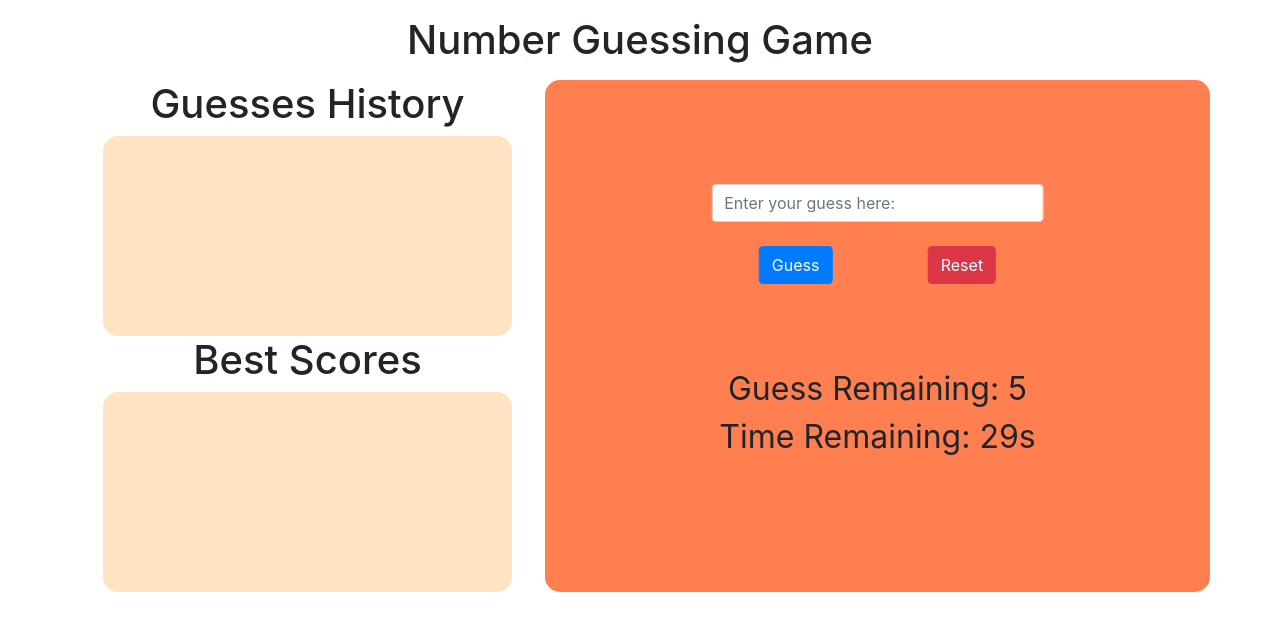
Repository: tts2610/NumberGuessingGame
Page: index.html
An editor plug-in stored every save of this project. The page is shown before and after a run of saves, followed by the edit.
The browser window is 1280 px wide. The pictures show the whole page.
After loading, the first visible `#startGameBtn` was clicked once.

Above is the page before, as saved 2020-05-13 17:02:43.

### index.html
<!DOCTYPE html>
<html lang="en">

<head>
    <meta charset="UTF-8">
    <meta name="viewport" content="width=device-width, initial-scale=1.0">
    <title>Document</title>
    <link rel="stylesheet" href="https://maxcdn.bootstrapcdn.com/bootstrap/4.4.1/css/bootstrap.min.css">

    <!-- jQuery library -->
    <script src="https://ajax.googleapis.com/ajax/libs/jquery/3.4.1/jquery.min.js"></script>

    <!-- Popper JS -->
    <script src="https://cdnjs.cloudflare.com/ajax/libs/popper.js/1.16.0/umd/popper.min.js"></script>

    <!-- Latest compiled JavaScript -->
    <script src="https://maxcdn.bootstrapcdn.com/bootstrap/4.4.1/js/bootstrap.min.js"></script>
    <link rel="stylesheet" href="css/style.css">

</head>

<body>

    <section class="container pb-5 pt-3 numberGuessingBox">
        <div id="customAlert"></div>
        <h1 style="text-align: center;" class="mb-3">Number Guessing Game</h1>
        <div class="row">
            <div class="col-5 left_handSide px-5">
                <h1 style="text-align: center;">Guesses History</h1>
                <div class="row box-1 py-4 px-4" id="guessHistory">

                </div>
                <h1 style="text-align: center;">Best Scores</h1>
                <div class="row box-2 py-4 px-4" id="ranking">

                </div>
            </div>
            <div class="col-7 right_handSide px-5">
                <button onclick="startGame()" class="btn btn-info" id="startGameBtn">Start Game!</button>

                <div id="inputDiv">
                    <div class="form customForm py-5">
                        <input type="number" class="form-control" id="guessInput" placeholder="Enter your guess here:" required>
                        <div class="submitBtn">
                            <button type="button" class="btn btn-primary mt-4" onclick="guessSubmit()" id="guessBtn">Guess</button>
                            <button type="button" class="btn btn-danger mt-4" onclick="reset()" id=resetBtn>Reset</button>
                        </div>
                    </div>
                    <div class="result">
                        <div>Guess Remaining:
                            <span id="guessRemaining"></span>
                        </div>
                        <div>Time Remaining:
                            <span id="secondRemaining"></span>s</div>
                    </div>
                </div>


            </div>
        </div>
    </section>

    <script src="js/script.js"></script>
</body>

</html>

### css/style.css
.numberGuessingBox .row .left_handSide .box-1 {
    background-color: bisque;
    height: 200px;
    border-radius: 15px;
    display: flex;
    flex-direction: column;
}

.numberGuessingBox .row .left_handSide .box-2 {
    background-color: bisque;
    height: 200px;
    border-radius: 15px;
    display: flex;
    flex-direction: column;
}

.numberGuessingBox .row .right_handSide {
    background-color: coral;
    border-radius: 15px;
    width: auto;
}

.numberGuessingBox .row .right_handSide .customForm {
    width: 50%;
    position: absolute;
    top: 30%;
    left: 50%;
    transform: translate(-50%, -50%);
}

.numberGuessingBox .row .right_handSide .result {
    width: 50%;
    position: absolute;
    top: 65%;
    left: 50%;
    transform: translate(-50%, -50%);
    font-size: xx-large;
    text-align: center;
}

.numberGuessingBox .row .right_handSide .customForm .submitBtn {
    display: flex;
    justify-content: space-around;
}

#inputDiv {
    display: none;
}

#startGameBtn {
    width: 50%;
    position: absolute;
    top: 50%;
    left: 50%;
    transform: translate(-50%, -50%);
}

### js/script.js
let div = document.getElementById("inputDiv");
let startGameBtn = document.getElementById("startGameBtn");

let historyBox = [];
let bestScores = [];
let guess = 5;
let second = 30;
let randomNumber = Math.floor(Math.random() * 100) + 1;
let timer;

let input = document.getElementById("guessInput");

let guessHistory = document.getElementById("guessHistory");
let ranking = document.getElementById("ranking");

let secondRemaining = document.getElementById("secondRemaining");
let guessRemaining = document.getElementById("guessRemaining");
let finalResult = document.getElementById("finalResult");

let guessBtn = document.getElementById("guessBtn");
let resetBtn = document.getElementById("resetBtn");

let alertTag = document.getElementById("customAlert");

$(document).keypress(function(e) {
    if (e.which == 13) {
        $("#guessBtn").click();
    }
});

$(document).ready(function() {
    div.style.display = "none";
    input.disabled = true;
    guessBtn.disabled = true;
    resetBtn.disabled = true;
});

function startGame() {
    secondRemaining.innerHTML = second;
    timecounting();
    guessRemaining.textContent = guess;
    displayDiv();
    enableOrDisableBtn();
}


// resetToDefault();
// enableOrDisableBtn();
// displayDiv();

function displayDiv() {
    if (div.style.display === "block" && startGameBtn.style.display === "none") {
        div.style.display = "none";
        startGameBtn.style.display = "block";
    } else {
        div.style.display = "block";
        startGameBtn.style.display = "none";
    }

}

function resetToDefault() {
    guess = 5;
    second = 30;
    historyBox = [];
    guessHistory.innerHTML = "";
    randomNumber = Math.floor(Math.random() * 100) + 1;
}

function timecounting() {
    timer = setInterval(() => {
        if (second == 0) {
            clearInterval(timer);
            createAlert(4);
            resetToDefault();
            enableOrDisableBtn();
            displayDiv();
            return;
        }
        second -= 1
        secondRemaining.innerHTML = second;
    }, 1000)

}


let prompts = { 1: "Too Low!", 2: "Too High!", 3: "You already input that number!", 4: "Sorry, better luck next time!", 5: "Great Job!", 6: "Please input your number!" }


function getResult() {
    let result = 0;
    if (historyBox.includes(input.value)) {
        result = 3;
    } else {
        historyBox.push(input.value);
        if (input.value == 10) {
            bestScores.push({ guessRemain: guess, timeRemain: second });
            return 5;
        } else if (input.value < 10) {
            result = 1;
        } else if (input.value > 10) {
            result = 2;
        }
        guessRemaining.textContent = --guess;
        if (guess == 0) {
            result = 4;
        }
    }
    return result;
}

function guessSubmit() {
    if (input.value == '') {
        createAlert(6);
        return;
    }
    let result = getResult();
    if ([4, 5].includes(result)) {
        resetToDefault();
        enableOrDisableBtn();
        displayDiv();
    }
    createAlert(result);

    bestScores.sort((a, b) => (a.guessRemain > b.guessRemain) ? -1 : 1);
    guessHistory.innerHTML = "";
    historyBox.forEach(element => {
        var p = document.createElement("p");
        p.innerHTML = element;
        guessHistory.append(p);
    });

    if (result == 5) {
        ranking.innerHTML = "";
        bestScores.forEach((element, i) => {
            var p = document.createElement("p");
            p.innerHTML = ++i + " " + element.guessRemain + " guesses has been completed in " + element.timeRemain + " s";
            ranking.append(p);
        });
    }

    // clear after insert
    input.value = "";

}

function enableOrDisableBtn() {
    if (!input.disabled && !guessBtn.disabled && !resetBtn.disabled) {
        input.disabled = true;
        guessBtn.disabled = true;
        resetBtn.disabled = true;
    } else {
        input.disabled = false;
        guessBtn.disabled = false;
        resetBtn.disabled = false;
    }

}



function createAlert(alertType) {

    let alertColor = [1, 2, 3, 4, 6].includes(alertType) ? "alert-danger" : "alert-success";
    let text = prompts[alertType];

    // alert(alertColor);

    let alertDiv = document.createElement("div");
    alertDiv.className = "alert " + alertColor + " alert-dismissible fade show";
    var textnode = document.createTextNode(text);
    alertDiv.appendChild(textnode);

    let button = document.createElement("button");
    button.type = "button"
    button.className = "close";
    button.setAttribute("data-dismiss", "alert");


    let span = document.createElement("span");
    span.innerHTML = "&times;";
    span.setAttribute("aria-hidden", "true");
    button.appendChild(span);

    alertDiv.appendChild(button);

    alertTag.innerHTML = "";
    alertTag.appendChild(alertDiv);
}

function reset() {

}

After the next 2 saves:
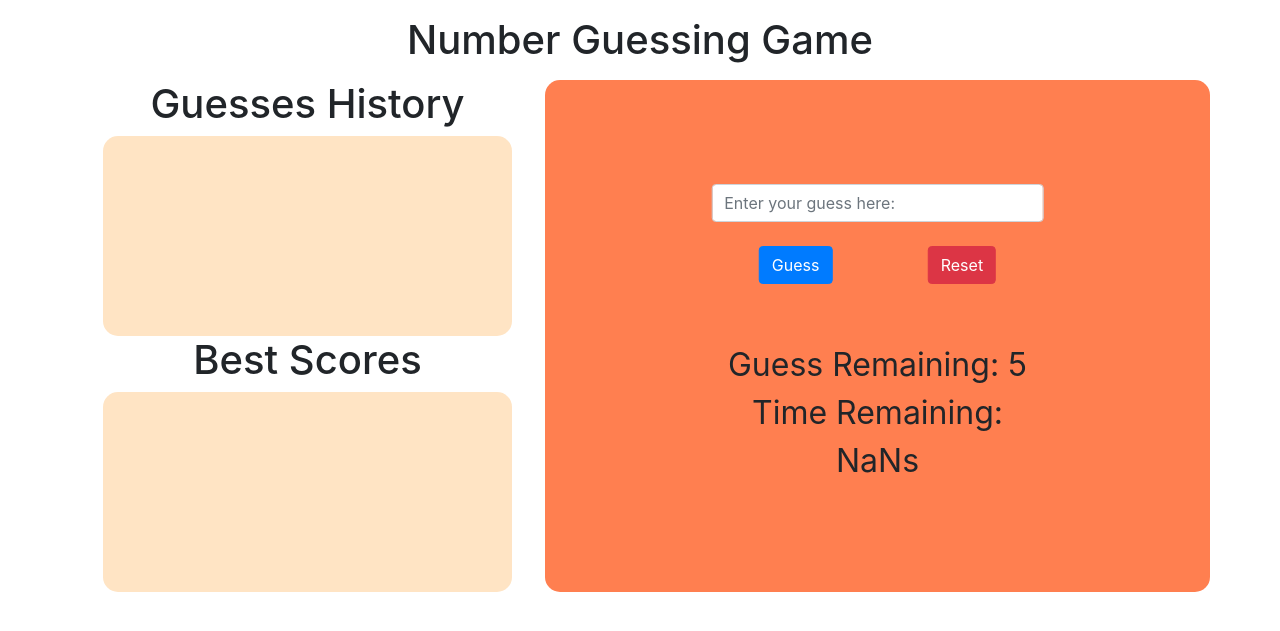
The 2 saves are shown as one change because they came seconds apart.
The last was saved 2 min 30 s later.
--- a/js/script.js
+++ b/js/script.js
@@ -4,7 +4,7 @@
 let historyBox = [];
 let bestScores = [];
 let guess = 5;
-let second = 30;
+let second;
 let randomNumber = Math.floor(Math.random() * 100) + 1;
 let timer;
 
@@ -36,6 +36,7 @@
 });
 
 function startGame() {
+    secon = 30;
     secondRemaining.innerHTML = second;
     timecounting();
     guessRemaining.textContent = guess;

After the save that followed:
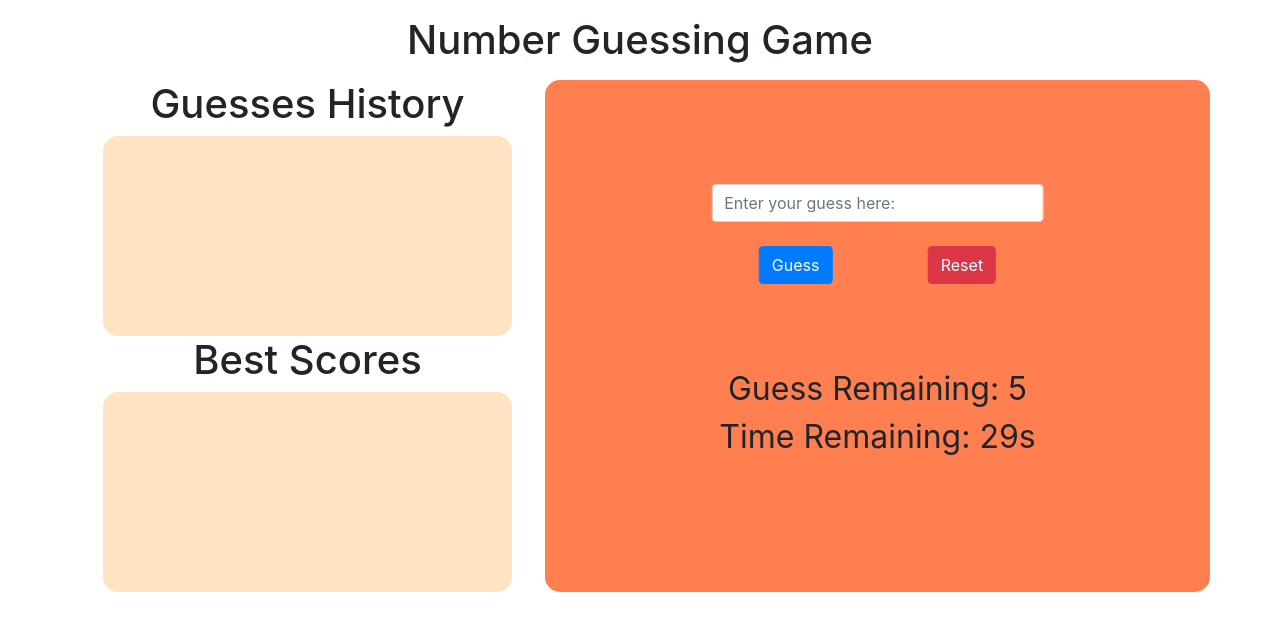
Saved 13 s later.
--- a/js/script.js
+++ b/js/script.js
@@ -36,7 +36,7 @@
 });
 
 function startGame() {
-    secon = 30;
+    second = 30;
     secondRemaining.innerHTML = second;
     timecounting();
     guessRemaining.textContent = guess;
